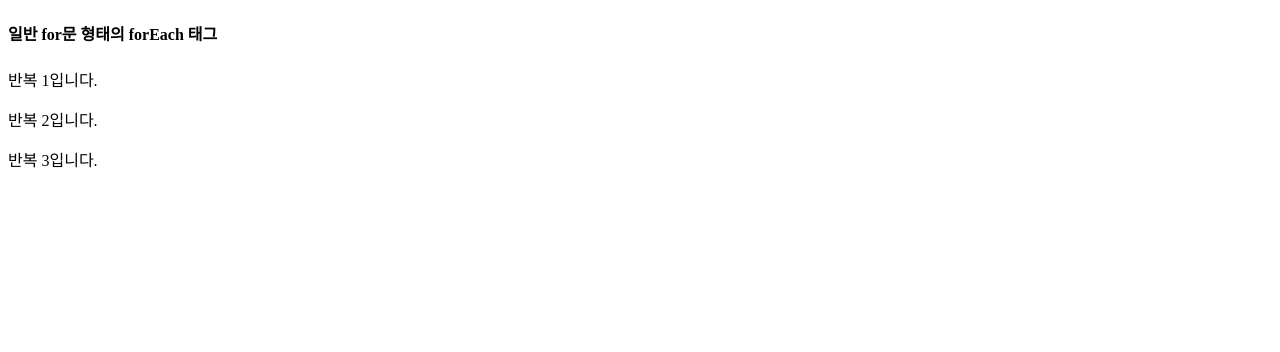
Repository: ahwaboin3/eclipse-workspace-jsp
Page: http://localhost/MustHaveJSP/JSTL/ForEachNormal.jsp
These files come from the project's save history. The page is drawn as it stood at one moment and after a run of saves; the edit follows.
The browser window is 1280 px wide. The pictures show the whole page.
The page is served by Tomcat 10.

Above is the page before, as saved 2025-05-23 01:13:58.

After the next 3 saves:
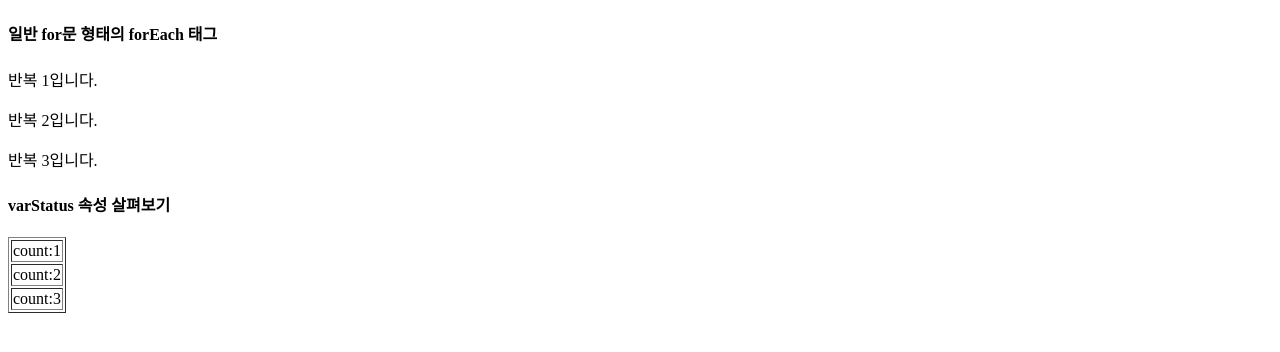
The 3 saves are shown as one change because 2 did not build or start.
The last was saved 5 min 1 s later.
--- a/MustHaveJSP/src/main/webapp/JSTL/ForEachNormal.jsp
+++ b/MustHaveJSP/src/main/webapp/JSTL/ForEachNormal.jsp
@@ -25,7 +25,7 @@
 속성명 | 일반 for문 | 향상된 for문
 current | var에 지정한 현재 루프의 변숫값 반환 | 현재 루프의 실제 요소를 반환
 index | var에 지정한 현재 루프의 변숫값 반환 | 현재 루프의 인덱스를 표시(0-마지막)
-count | 실젝 반복 횟수(1-마지막) | 일반 for문과 동일함
+count | 실제 반복 횟수(1-마지막) | 일반 for문과 동일함
 first | 루프의 처음일 때 true반환 | 일반 for문과 동일함
 last | 루프의 마지막일 때 true 반환 | 일반 for문과 동일함
 */%>
@@ -33,5 +33,13 @@
 <c:forEach begin="1" end="3" step="1" var="i">
 	<p>반복 ${i}입니다.</p>
 </c:forEach>
+<h4>varStatus 속성 살펴보기</h4>
+<table border=1>
+<c:forEach begin="3" end="5" var="i" varStatus="loop">
+	<tr>
+		<td>count:${loop.count }</td>
+	</td>
+</c:forEach>
+</table>
 </body>
 </html>
